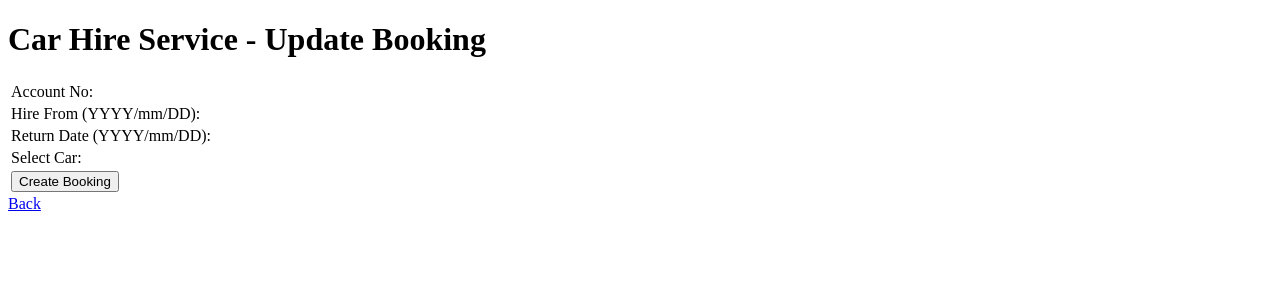
Repository: abigailCul/DistributedSystemsProject
Page: http://localhost/bookingClient/jsp/updateAccount.jsp
These files come from the project's save history. The page is drawn as it stood at one moment and after the next save; the edit follows.
The browser window is 1280 px wide. The pictures show the whole page.
The page is served by Tomcat 9.

Above is the page before, as saved 2018-12-10 21:21:50.

After the next save:
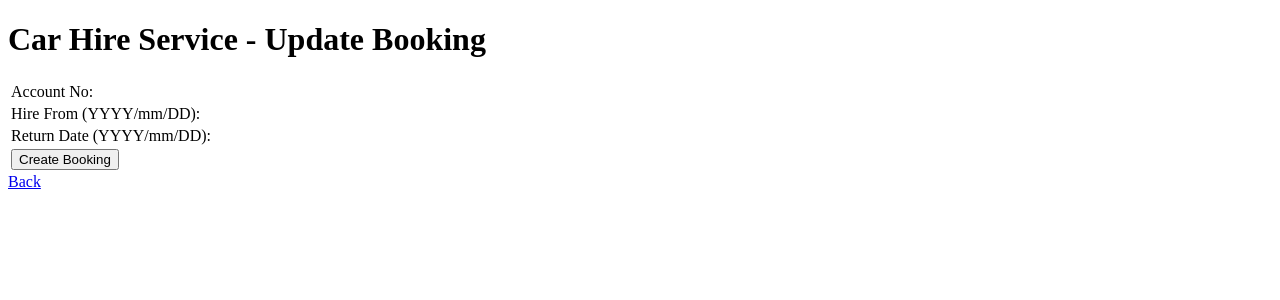
Saved 28 s later.
--- a/WorkingProject/bookingClient/src/main/webapp/jsp/updateAccount.jsp
+++ b/WorkingProject/bookingClient/src/main/webapp/jsp/updateAccount.jsp
@@ -22,10 +22,7 @@
 				<td>Return Date (YYYY/mm/DD):</td>
 				<td><form:input path="returnDate"></form:input></td>
 			</tr>
-			<tr>
-				<td>Select Car:</td>
-				<td><form:input path="cars[0].rentalId"  /></td>
-			</tr>
+
 			<tr>
 				<td colspan="2">
 					<input type="submit" value="Create Booking"/>
